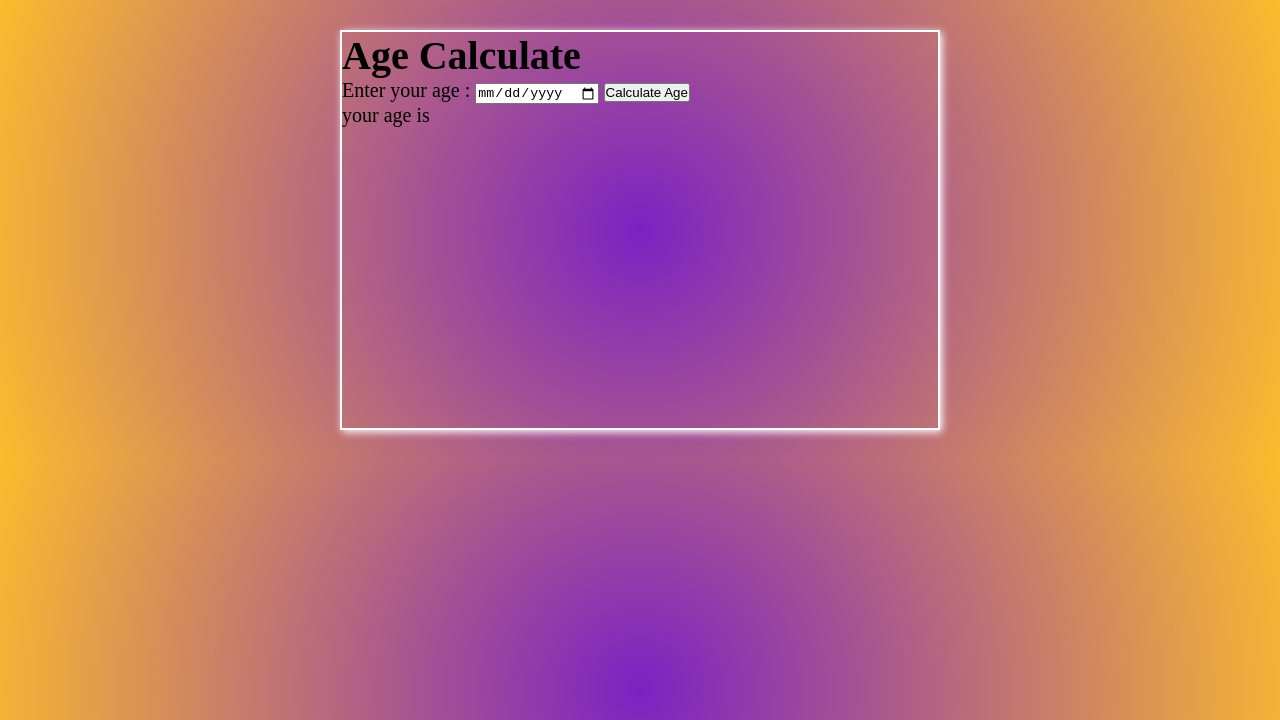
Repository: sristigupta04/basic-js-project
Page: age calculator/age.html
An editor plug-in stored every save of this project. The page is shown before and after the next save, followed by the edit.
The browser window is 1280 px wide. The pictures show the whole page.

Above is the page before, as saved 2025-11-07 15:05:39.

### age calculator/age.html
<!DOCTYPE html>
<html lang="en">
<head>
    <meta charset="UTF-8">
    <meta name="viewport" content="width=device-width, initial-scale=1.0">
    <title>Document</title>
    <link rel="stylesheet" href="age.css"/>
</head>
<body>
    <div class="main">
    <div class="age">
    <h1>Age Calculate</h1>
    <label for="eventDate">Enter  your age :</label>
<input type="date" id="eventDate" name="eventDate">
<button>Calculate Age</button>
<p id="realage">your age is </p></div></div>
</body>
</html>

### age calculator/age.css
*{
    padding: 0;
    margin: 0;
    box-sizing: border-box;
}
body{
    display: flex;
    justify-content: center;
    align-items: center;
   background: #7b22c3;
background: radial-gradient(circle, rgba(123, 34, 195, 1) 0%, rgba(253, 187, 45, 1) 100%);
}

.main{
    /* display: flex;
    justify-content: center;
    align-items: center; */
    border:2px solid white;
    height: 400px;
    width: 600px;
    box-shadow: 2px 2px 8px white;
    font-size: 20px;;
     margin: 30px;;
}

After the next save:
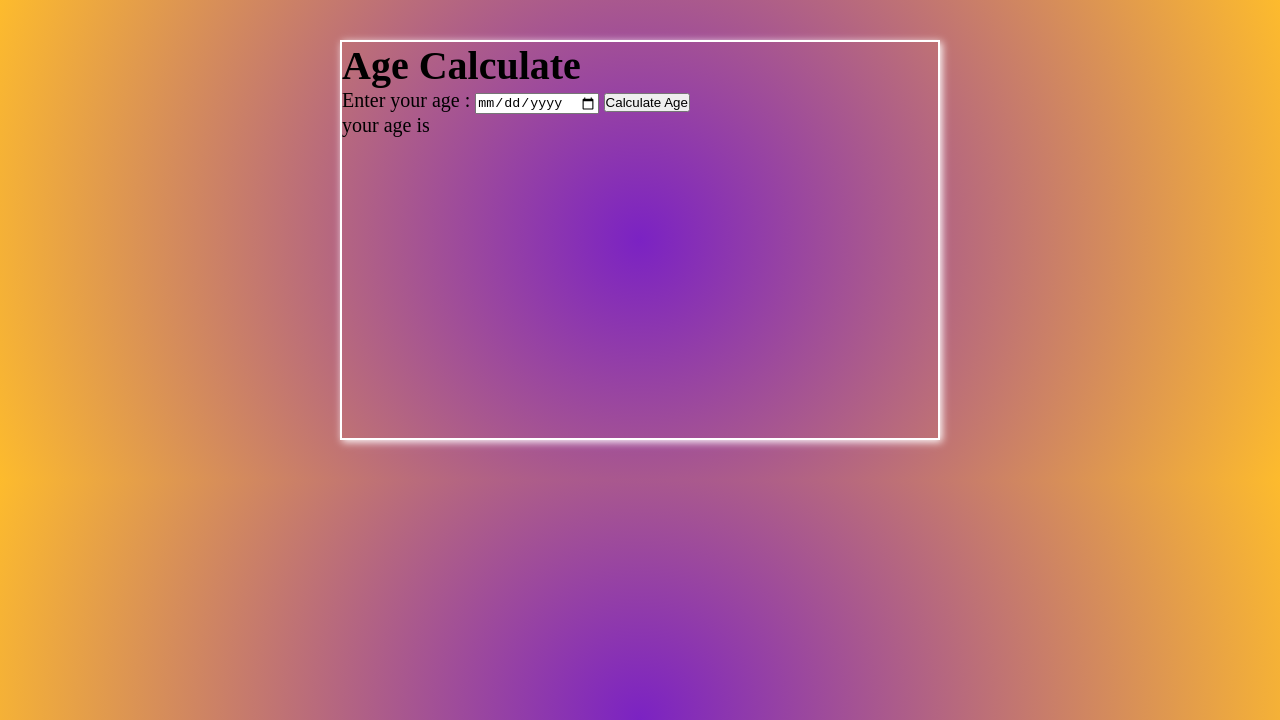
Saved 8 s later.
--- a/age calculator/age.css
+++ b/age calculator/age.css
@@ -20,5 +20,5 @@
     width: 600px;
     box-shadow: 2px 2px 8px white;
     font-size: 20px;;
-     margin: 30px;;
+     margin: 40px;;
 }
